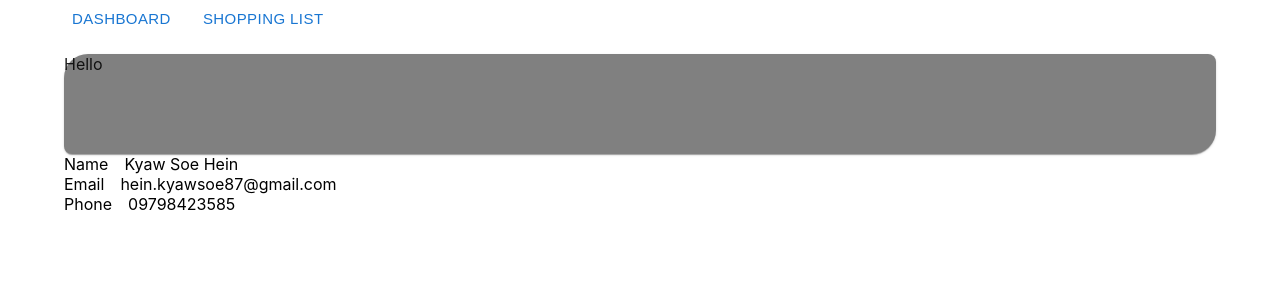
Repository: KyawSoeHein/GoogleAuthReact
Page: /
The author's editor kept a copy of each file at every save. The page is drawn from the files as they stood at one save, then again after the next save.
The browser window is 1280 px wide. The pictures show the whole page.
The project was rebuilt for these pictures with package versions that can differ from the ones it lists, and the page was loaded fresh each time. Also part of the build but not shown: src/App.css.

Above is the page before, as saved 2022-02-14 19:20:44.

After the next save:
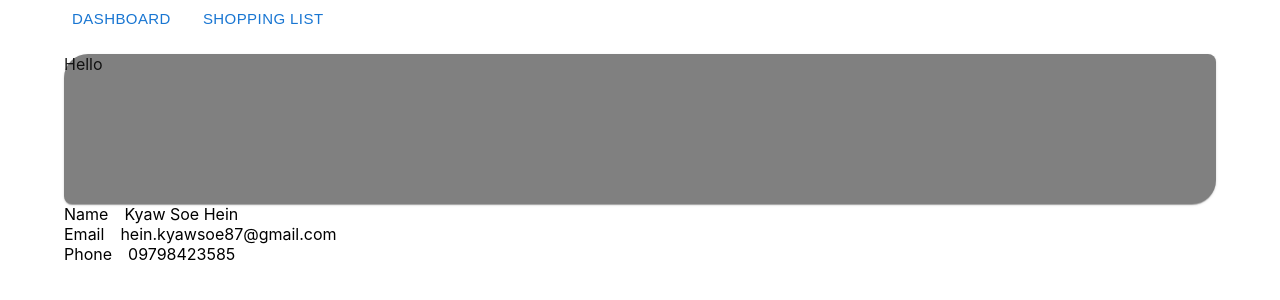
Saved 14 s later.
--- a/src/Components/CoverAndProfilePhoto.tsx
+++ b/src/Components/CoverAndProfilePhoto.tsx
@@ -8,7 +8,7 @@ const CoverAndProfilePhoto = () => {
       elevation={1}
       sx={{
         backgroundColor: "grey",
-        height: 100,
+        height: 150,
         borderTopRightRadius: 8,
         borderTopLeftRadius: 24,
         borderBottomLeftRadius: 8,
